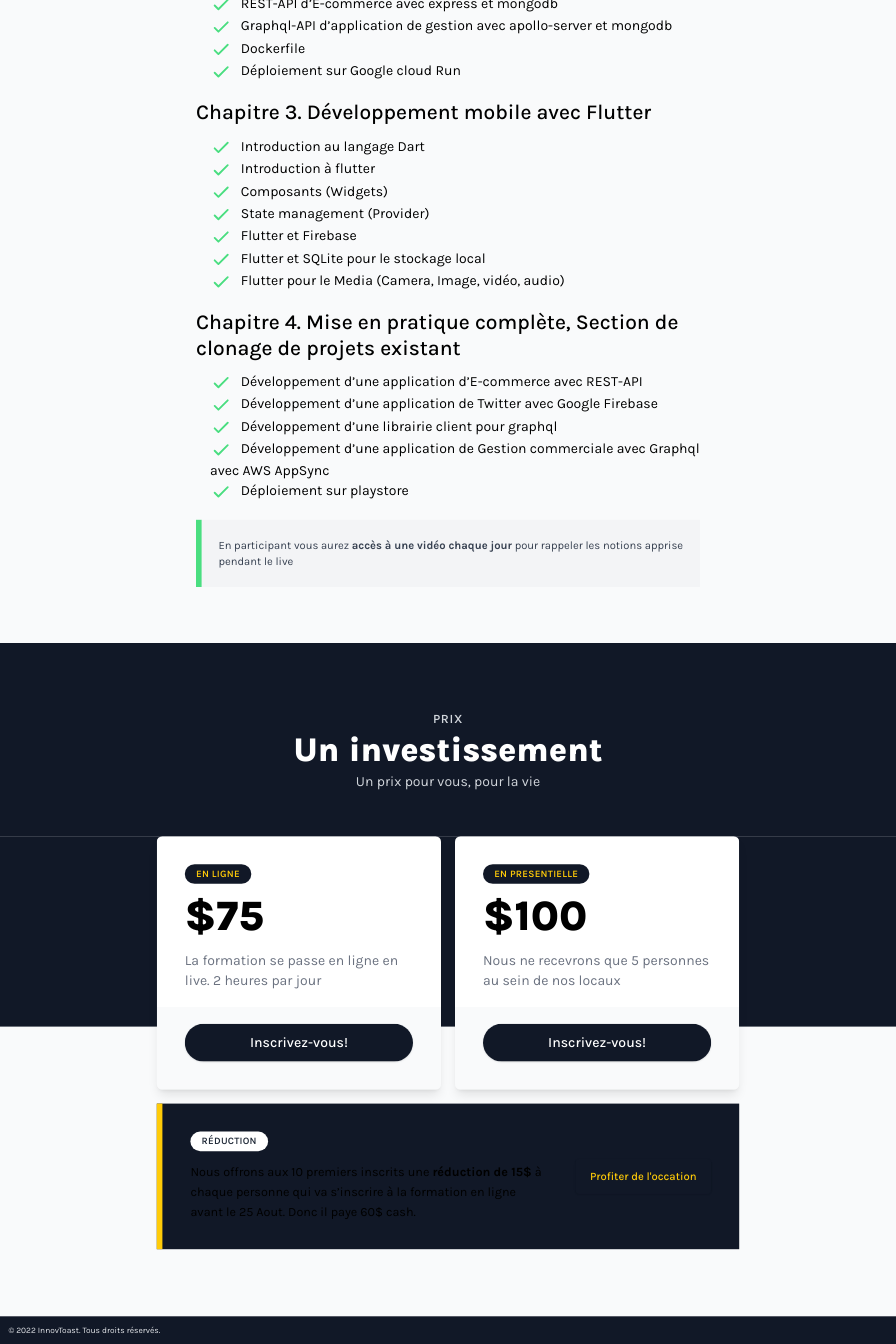
Repository: alfredlwanzo/course
Page: /
An editor plug-in stored every save of this project. The page is shown before and after the next save, followed by the edit.
The browser window is 1280 px wide. The pictures show the part of the page from y = 1562 to 3482 px (the page is 3482 px tall), at 70% of full size.
The project was rebuilt for these pictures with package versions that can differ from the ones it lists, and the page was loaded fresh each time. The framework's server and built-in components were replaced by stand-ins that run in the browser. Also part of the build but not shown: next.config.js.

Above is the page before, as saved 2022-08-09 14:42:27.

### pages/_app.tsx
import '../src/styles/globals.css'
import type { AppProps } from 'next/app'

function MyApp({ Component, pageProps }: AppProps) {
  return <Component {...pageProps} />
}

export default MyApp

### pages/_document.tsx
import NextDocument, { Html, Head, Main, NextScript } from "next/document";

type Props = {};

class MyDocument extends NextDocument<Props> {
  render() {
    return (
      <Html>
        <Head>
          <link rel="manifest" href="/manifest.json" />
          <link rel="apple-touch-icon" href="/icon.png"></link>
          <meta name="theme-color" content="#FFCB08" />
          <link rel="icon" href="/favicon.ico" />
        </Head>
        <body>
          <Main />
          <NextScript />
        </body>
      </Html>
    );
  }
}

export default MyDocument;

### pages/index.tsx
import Footer from '@src/components/Footers/Footer'
import ContentSection from '@src/components/sections/Content'
import HomeSection from '@src/components/sections/Home'
import PricingSection from '@src/components/sections/Pricing'
import type { NextPage } from 'next'
import Head from 'next/head'
import Image from 'next/image'


const Home: NextPage = () => {
  return (
    <div className="">
      <Head>
        <title>Innov | Bootcamp pour devenir fullStack developpeur</title>
        <meta name="description" content="Generated by create next app" />
        <link rel="icon" href="/favicon.ico" />
      </Head>

      <main className="">
       <section className="bg-primary pt-28 pb-14 md:pb-28">
        {/* section Home */}
        <HomeSection/>
       </section>

       {/* section content */}
       <section className="py-6 md:py-20">
        <ContentSection/>
       </section>
       {/* Section pricing */}
       <section>
        <PricingSection/>
       </section>
      </main>

      <Footer/>
    </div>
  )
}

export default Home

### src/styles/globals.css

/* Fonts: Comfortaa & Karla */
@import url('https://fonts.googleapis.com/css2?family=Comfortaa:wght@300;400;500;600;700&display=swap');
@import url('https://fonts.googleapis.com/css2?family=Karla:ital,wght@0,200;0,300;0,400;0,500;0,600;0,700;0,800;1,200;1,300;1,400;1,500;1,600;1,700;1,800&display=swap');

/* tailwind */
@tailwind base;
@tailwind components;
@tailwind utilities;


html,
body {
  padding: 0;
  margin: 0;
  @apply bg-gray-50;
  font-family: 'Karla', sans-serif;
}

a {
  color: inherit;
  text-decoration: none;
}

* {
  box-sizing: border-box;
}

### src/components/Footers/Footer.tsx
import React from 'react'
import Copyright from './Copyright'


const Footer = () => {
  return (
    <div className='bg-gray-900'>
        <Copyright/>
    </div>
  )
}

export default Footer

### src/components/sections/Content.tsx
import React from "react";
import { CheckIcon } from "@heroicons/react/outline";

const ContentSection = () => {
  return (
    <article className="max-w-3xl mx-auto px-3 sm:px-6">
      <blockquote className="bg-gray-900 border-l-8 border-l-primary text-gray-200 p-4">
        <h6 className="text-primary text-3xl font-extrabold">Contenu de la formation</h6>
        Nous avons mis du temps à préparer afin de produire un contenue riche. Nous avons appliqué une approche de rendre des notions complexes, faciles à apprendre. Nous voulons qu’une personne après avoir participer à cette formation puisse être capable de produire une application de A à Z sans beaucoup de difficultés. Notre Objectif est de créer de meilleurs développeurs Full-stack.
      </blockquote>
      {/* Chapter 1 */}
      <div className="mt-6">
        <h2 className="text-3xl font-medium">
          Chapitre 1. Développer des API pour votre application avec Nodejs
        </h2>
        <ul className="list-inside pl-5 mt-4">
          <li className="text-xl ">
            <CheckIcon className="inline-block h-8 w-8 mr-3 text-green-400" />
            Introduction général à nodejs
          </li>
          <li className="text-xl ">
            <CheckIcon className="inline-block h-8 w-8 mr-3 text-green-400" />
            Structure de contrôle
          </li>
          <li className="text-xl ">
            <CheckIcon className="inline-block h-8 w-8 mr-3 text-green-400" />
            Structure de données
          </li>
          <li className="text-xl ">
            <CheckIcon className="inline-block h-8 w-8 mr-3 text-green-400" />
            Introduction à Express.js
          </li>
          <li className="text-xl ">
            <CheckIcon className="inline-block h-8 w-8 mr-3 text-green-400" />
            Premier API REST avec Express
          </li>
          <li className="text-xl ">
            <CheckIcon className="inline-block h-8 w-8 mr-3 text-green-400" />
            Notion sur Mongodb
          </li>
          <li className="text-xl ">
            <CheckIcon className="inline-block h-8 w-8 mr-3 text-green-400" />
            Express et Mongodb + Prisma
          </li>
          <li className="text-xl ">
            <CheckIcon className="inline-block h-8 w-8 mr-3 text-green-400" />
            Notion sur le Graphql
          </li>
          <li className="text-xl ">
            <CheckIcon className="inline-block h-8 w-8 mr-3 text-green-400" />
            Apollo-graphql + mongoose
          </li>
        </ul>
      </div>
      {/* Chapitre 2 */}
      <div className="mt-6">
        <h2 className="text-3xl font-medium">
          Chapitre 2. Mise en pratique de développement serveur
        </h2>
        <ul className="list-inside pl-5 mt-4 ">
          <li className="text-xl ">
            <CheckIcon className="inline-block h-8 w-8 mr-3 text-green-400" />
            REST-API d’E-commerce avec express et mongodb
          </li>
          <li className="text-xl ">
            <CheckIcon className="inline-block h-8 w-8 mr-3 text-green-400" />
            Graphql-API d’application de gestion avec apollo-server et mongodb
          </li>
          <li className="text-xl ">
            <CheckIcon className="inline-block h-8 w-8 mr-3 text-green-400" />
            Dockerfile
          </li>
          <li className="text-xl ">
            <CheckIcon className="inline-block h-8 w-8 mr-3 text-green-400" />
            Déploiement sur Google cloud Run
          </li>
        </ul>
      </div>
      {/* Chapitre 3 */}
      <div className="mt-6">
        <h2 className="text-3xl font-medium">
          Chapitre 3. Développement mobile avec Flutter
        </h2>
        <ul className="list-inside pl-5 mt-4 ">
          <li className="text-xl ">
            <CheckIcon className="inline-block h-8 w-8 mr-3 text-green-400" />
            Introduction au langage Dart
          </li>
          <li className="text-xl ">
            <CheckIcon className="inline-block h-8 w-8 mr-3 text-green-400" />
            Introduction à flutter
          </li>
          <li className="text-xl ">
            <CheckIcon className="inline-block h-8 w-8 mr-3 text-green-400" />
            Composants (Widgets)
          </li>
          <li className="text-xl ">
            <CheckIcon className="inline-block h-8 w-8 mr-3 text-green-400" />
            State management (Provider)
          </li>
          <li className="text-xl ">
            <CheckIcon className="inline-block h-8 w-8 mr-3 text-green-400" />
            Flutter et Firebase
          </li>
          <li className="text-xl ">
            <CheckIcon className="inline-block h-8 w-8 mr-3 text-green-400" />
            Flutter et SQLite pour le stockage local
          </li>
          <li className="text-xl ">
            <CheckIcon className="inline-block h-8 w-8 mr-3 text-green-400" />
            Flutter pour le Media (Camera, Image, vidéo, audio)
          </li>
        </ul>
      </div>
       {/* Chapitre 4 */}
       <div className="mt-6">
        <h2 className="text-3xl font-medium">
          Chapitre 4. Mise en pratique complète, Section de clonage de projets existant
        </h2>
        <ul className="list-inside pl-5 mt-4 ">
          <li className="text-xl ">
            <CheckIcon className="inline-block h-8 w-8 mr-3 text-green-400" />
            Développement d’une application d’E-commerce avec REST-API
          </li>
          <li className="text-xl ">
            <CheckIcon className="inline-block h-8 w-8 mr-3 text-green-400" />
            Développement d’une application de Twitter avec Google Firebase
          </li>
          <li className="text-xl ">
            <CheckIcon className="inline-block h-8 w-8 mr-3 text-green-400" />
            Développement d’une librairie client pour graphql
          </li>
          <li className="text-xl ">
            <CheckIcon className="inline-block h-8 w-8 mr-3 text-green-400" />
            Développement d’une application de Gestion commerciale avec Graphql avec AWS AppSync
          </li>
          <li className="text-xl ">
            <CheckIcon className="inline-block h-8 w-8 mr-3 text-green-400" />
            Déploiement sur playstore
          </li>
        </ul>
      </div>
      <blockquote className="border-l-8 border-l-green-400 p-6 mt-6 bg-gray-100 text-gray-700">
        En participant vous aurez <span className="font-bold">accès à une vidéo chaque jour</span> pour rappeler les notions apprise pendant le live
      </blockquote>
    </article>
  );
};

export default ContentSection;

### src/components/sections/Home.tsx
import React from "react";
import SubscribeButton from "../buttons/SubscribeButton";
import PairProgramming from "../icons/PairProgramming";

const HomeSection = () => {
  return (
    <div className="max-w-7xl mx-auto px-3 sm:px-6">
      <div className="grid md:grid-cols-2 gap-10 lg:gap-0">
        <div>
          <div className="bg-gray-700 bg-opacity-40 w-max py-1 px-3 rounded-full">
            <h6 className="font-bold text-primary">
              Du 1 septembre au 25 octobre 2022.
            </h6>
          </div>
          <h1 className="text-5xl md:text-6xl text-gray-900 font-extrabold uppercase mt-2">
            Bootcamp pour devenir full-stack developpeur
          </h1>
          <p className="text-xl mt-2 text-gray-900">
            Ce bootcamp est une machine pour vous transformer en un développeur
            Full-Stack. Vous allez apprendre plusieurs notions difficiles à
            trouver dans nos universités. Avec 6 projets réels à développer,
            nous espèrons que vous allez aimer l’aventure.{" "}
            <span className="font-comfortaa font-bold">Innov</span> (notre
            équipe) prépare les séances avec totale concentration, dans le but
            de vous fournir du contenu riche et surtout simple à comprendre.
          </p>
          <div className="hidden md:block mt-9">
            <SubscribeButton />
          </div>
        </div>
        <div className="flex flex-col items-center justify-center">
          <PairProgramming className="w-auto h-52 md:h-80 -bottom-10" />
          <div className="block md:hidden mt-12">
            <SubscribeButton />
          </div>
        </div>
      </div>
    </div>
  );
};

export default HomeSection;

### src/components/sections/Pricing.tsx
import { CheckIcon } from '@heroicons/react/outline'

const tiers = [
  {
    name: 'En ligne',
    href: 'https://wa.me/+243978154329',
    price: 75,
    description: "La formation se passe en ligne en live.  2 heures par jour",
  },
  {
    name: 'En presentielle',
    href: 'https://wa.me/+243978154329',
    price: 100,
    description: 'Nous ne recevrons que 5 personnes au sein de nos locaux',
  },
]

export default function PricingSection() {
  return (
    <div className="bg-gray-900">
      <div className="pt-12 sm:pt-16 lg:pt-24">
        <div className="max-w-4xl mx-auto text-center px-4 sm:px-6 lg:px-8">
          <div className="max-w-3xl mx-auto space-y-2 lg:max-w-none">
            <h2 className="text-lg leading-6 font-semibold text-gray-300 uppercase tracking-wider">Prix</h2>
            <p className="text-3xl font-extrabold text-white sm:text-4xl lg:text-5xl">
            Un investissement
            </p>
            <p className="text-xl text-gray-300">
            Un prix pour vous,  pour la vie
            </p>
          </div>
        </div>
      </div>
      <div className="mt-8 pb-12 bg-gray-50 sm:mt-12 sm:pb-16 lg:mt-16 lg:pb-24">
        <div className="relative">
          <div className="absolute inset-0 h-3/4 bg-gray-900" />
          <div className="relative z-10 max-w-4xl mx-auto px-4 sm:px-6 lg:px-8">
            <div className="max-w-md mx-auto space-y-4 lg:max-w-5xl lg:grid lg:grid-cols-2 lg:gap-5 lg:space-y-0">
              {tiers.map((tier) => (
                <div key={tier.name} className="flex flex-col rounded-lg shadow-lg overflow-hidden">
                  <div className="px-6 py-8 bg-white sm:p-10 sm:pb-6">
                    <div>
                      <h3
                        className="inline-flex px-4 py-1 rounded-full text-sm font-semibold tracking-wide uppercase bg-gray-900 text-primary"
                        id="tier-standard"
                      >
                        {tier.name}
                      </h3>
                    </div>
                    <div className="mt-4 flex items-baseline text-6xl font-extrabold">
                      ${tier.price}
                    </div>
                    <p className="mt-5 text-xl text-gray-500">{tier.description}</p>
                  </div>
                  <div className="flex-1 flex flex-col justify-between px-6 pt-6 pb-8 bg-gray-50 space-y-6 sm:p-10 sm:pt-6">

                    <div className="rounded-full shadow">
                      <a
                        href={tier.href}
                        target="_blank"
                        rel="noreferrer"
                        className="flex items-center justify-center px-5 py-3 border border-transparent text-xl font-medium rounded-full text-white bg-gray-900 hover:bg-gray-900"
                        aria-describedby="tier-standard"
                      >
                        Inscrivez-vous!
                      </a>
                    </div>
                  </div>
                </div>
              ))}
            </div>
          </div>
        </div>
        <div className="mt-4 relative max-w-4xl mx-auto px-4 sm:px-6 lg:px-8 lg:mt-5">
          <div className="max-w-md mx-auto lg:max-w-5xl">
            <div className="border-l-8 border-l-primary bg-gray-900 px-6 py-8 sm:p-10 lg:flex lg:items-center">
              <div className="flex-1">
                <div>
                  <h3 className="inline-flex px-4 py-1 rounded-full text-sm font-semibold tracking-wide uppercase bg-white text-gray-800">
                    Réduction
                  </h3>
                </div>
                <div className="mt-4 text-lg text-gray-60">
                Nous offrons aux 10 premiers inscrits une <span className="font-bold">réduction de 15$</span> à chaque personne qui va s’inscrire à la formation en ligne avant le 25 Aout. Donc il paye 60$ cash.
                </div>
              </div>
              <div className="mt-6 rounded-md shadow lg:mt-0 lg:ml-10 lg:flex-shrink-0">
                <a
                  href="https://wa.me/+243978154329"
                  target="_blank"
                  rel="noreferrer"
                  className="flex items-center justify-center px-5 py-3 border border-transparent text-base font-medium rounded-md text-primary bg-gray-900 hover:bg-gray-50"
                >
                  Profiter de l&apos;occation
                </a>
              </div>
            </div>
          </div>
        </div>
      </div>
    </div>
  )
}

### src/components/Footers/Copyright.tsx
import React from 'react'

const Copyright = () => {
  return (
    <div className='max-w-7xl mx-auto px-3 sm:px-6" py-3 text-gray-200 '>
        <p className='text-xs'>© 2022 InnovToast. Tous droits réservés.</p>
    </div>
  )
}

export default Copyright

### src/components/buttons/SubscribeButton.tsx
import React from "react";

const SubscribeButton = () => {
  return (
    <a
      href="https://wa.me/+243978154329"
      target="_blank"
      rel="noreferrer"
      className="bg-black text-primary py-4 px-10 text-xl font-semibold rounded-full border-4 border-gray-800 hover:bg-opacity-95 hover:border-gray-900"
    >
      Inscrivez-vous!
    </a>
  );
};

export default SubscribeButton;

Loaded but not shown: tailwind.config.js (18 lines, source omitted); src/components/icons/PairProgramming.tsx (865 lines, source omitted)

After the next save:
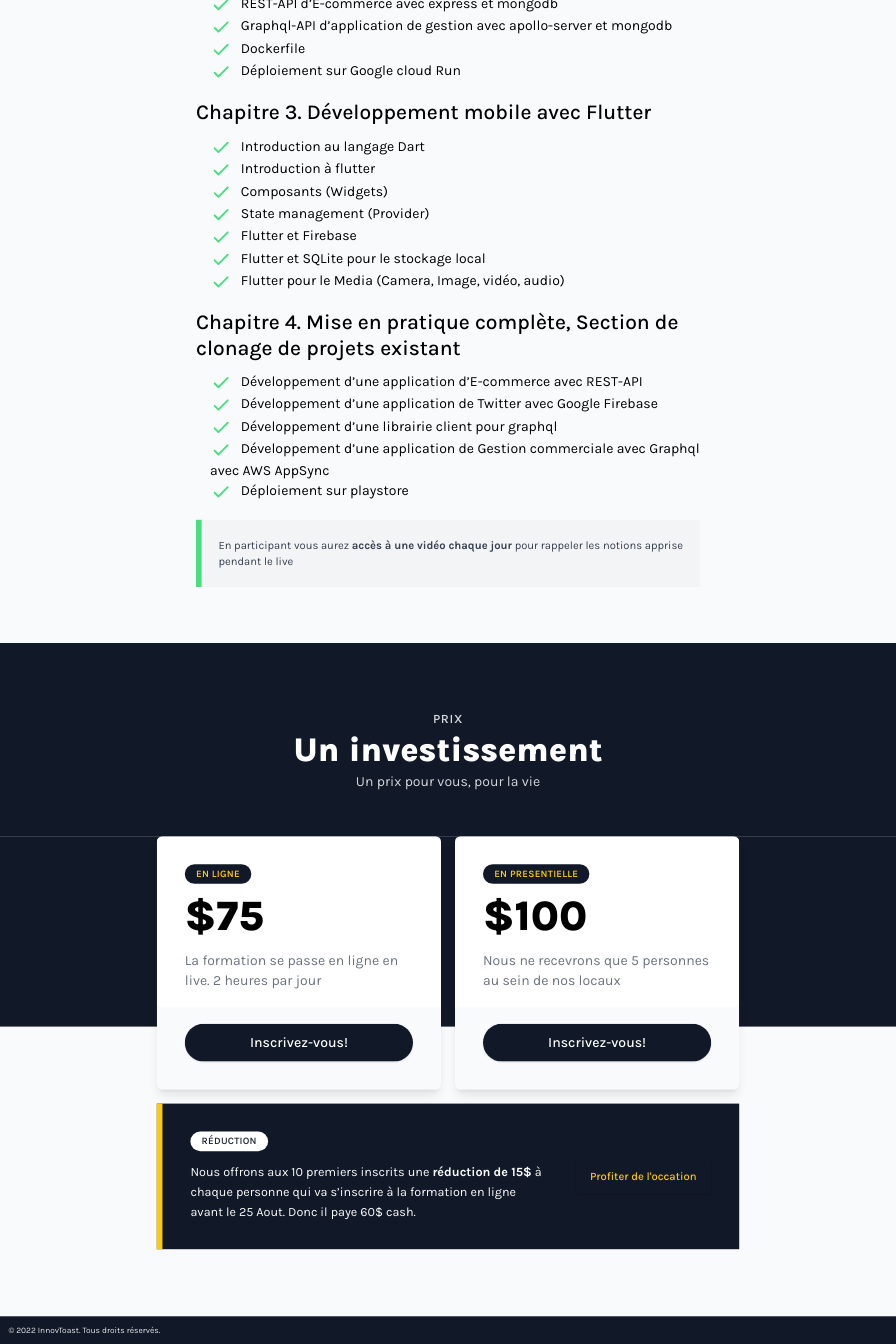
Saved 9 s later.
--- a/src/components/sections/Pricing.tsx
+++ b/src/components/sections/Pricing.tsx
@@ -80,7 +80,7 @@
                     Réduction
                   </h3>
                 </div>
-                <div className="mt-4 text-lg text-gray-60">
+                <div className="mt-4 text-lg text-gray-50">
                 Nous offrons aux 10 premiers inscrits une <span className="font-bold">réduction de 15$</span> à chaque personne qui va s’inscrire à la formation en ligne avant le 25 Aout. Donc il paye 60$ cash.
                 </div>
               </div>
